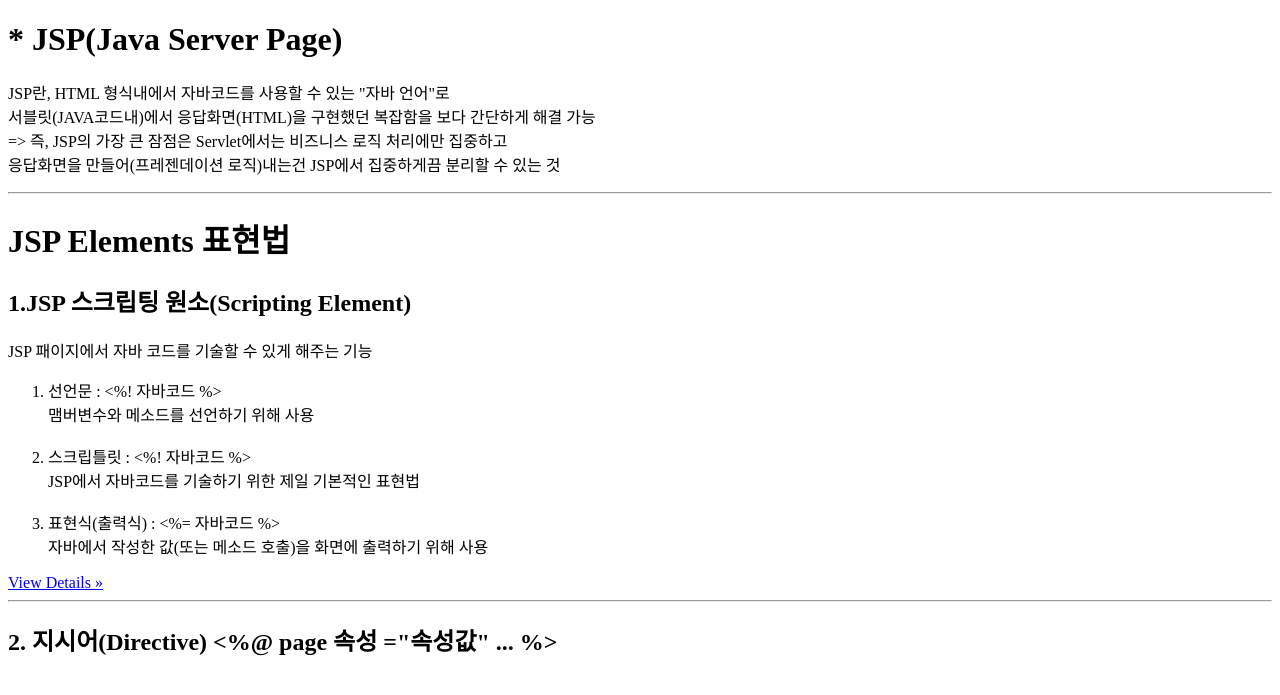
Repository: BrianH29/BH_webserver_workspace1
Page: webserver_workspace1/2_JSP/WebContent/index.html
The author's editor kept a copy of each file at every save. The page is drawn from the files as they stood at one save, then again after the next save.
The browser window is 1280 px wide. The pictures show the whole page.

Above is the page before, as saved 2020-08-31 02:04:43.

After the next save:
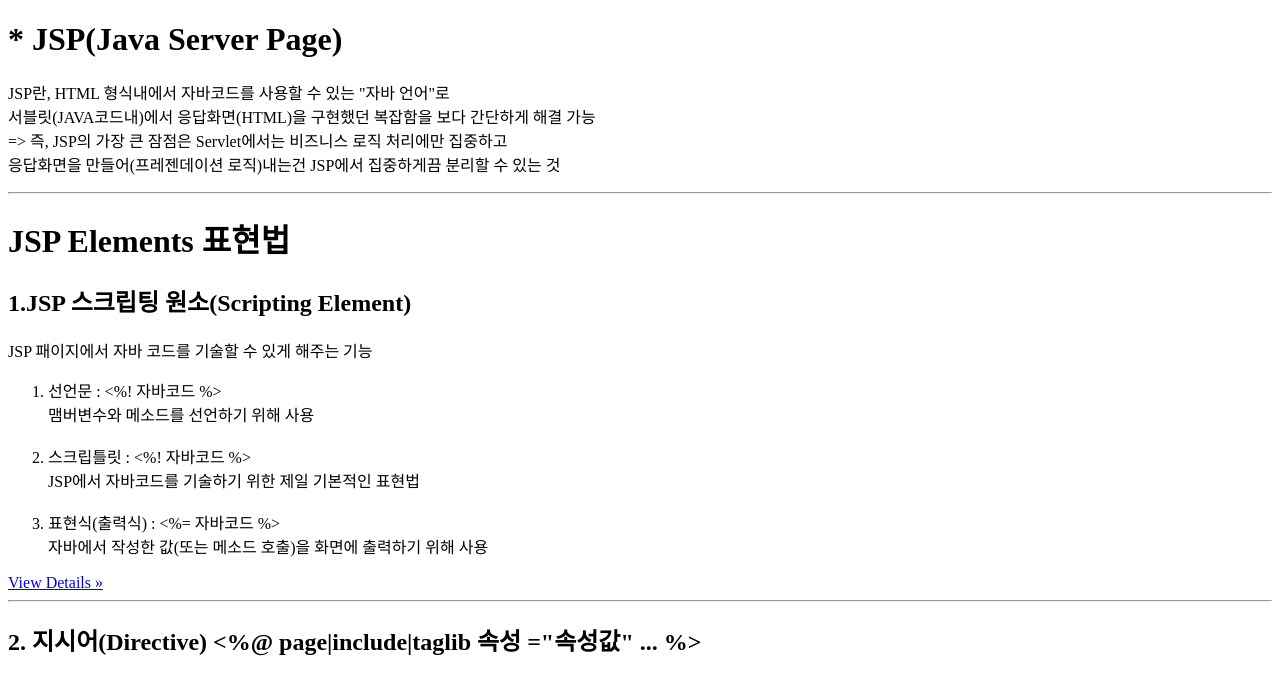
Saved 29 s later.
--- a/webserver_workspace1/2_JSP/WebContent/index.html
+++ b/webserver_workspace1/2_JSP/WebContent/index.html
@@ -42,7 +42,7 @@
 
 	<hr>
 
-	<h2> 2. 지시어(Directive) &lt;%@ page 속성 ="속성값" ... %&gt;</h2>
+	<h2> 2. 지시어(Directive) &lt;%@ page|include|taglib 속성 ="속성값" ... %&gt;</h2>
 
 
 
